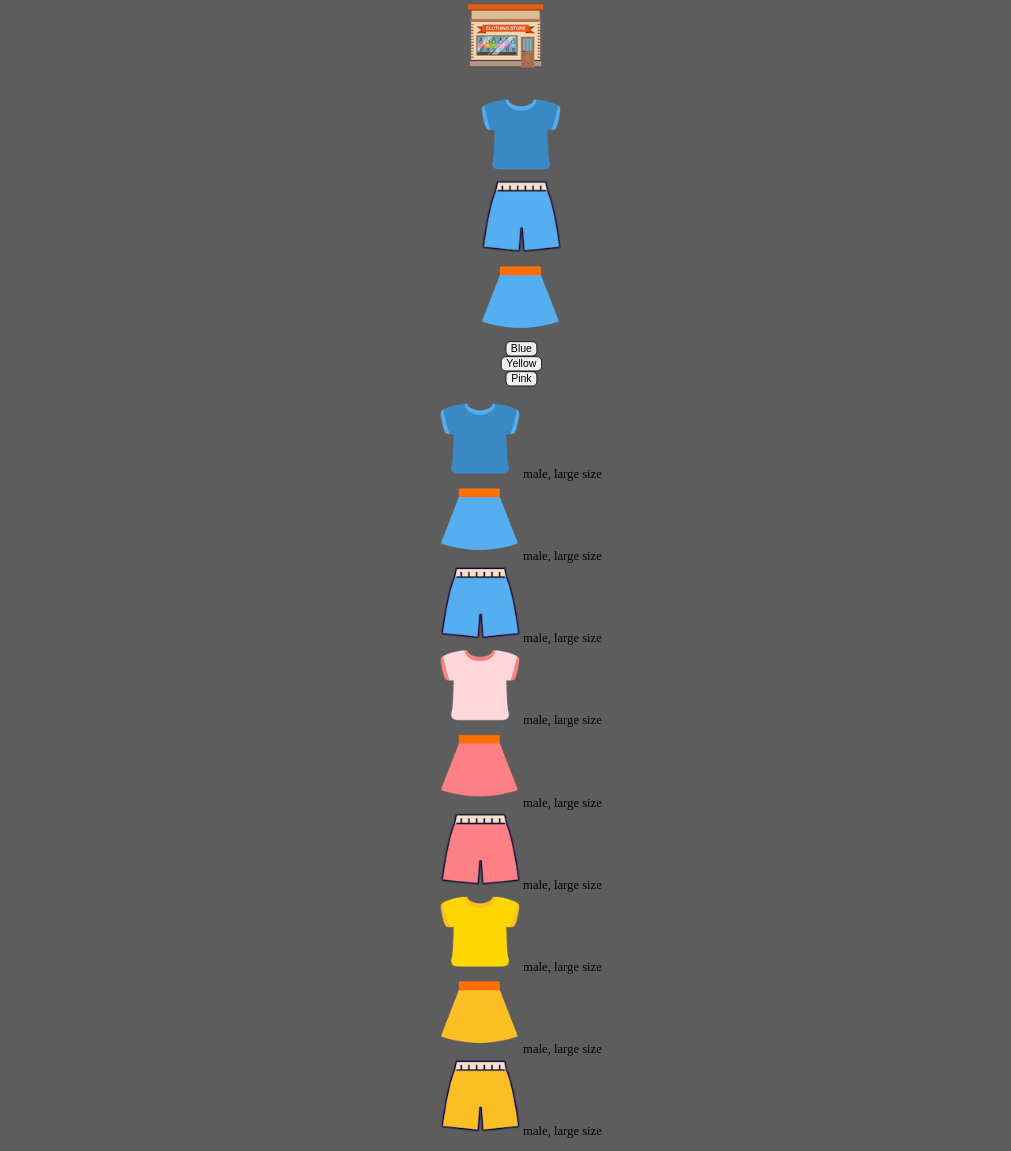
Repository: keehoonjung/Shoppingmall-Game
Page: index.html
The author's editor kept a copy of each file at every save. The page is drawn from the files as they stood at one save, then again after the next save.
The browser window is 1280 px wide. The pictures show the whole page, at 79% of full size.

Above is the page before, as saved 2021-08-12 13:25:31.

After the next save:
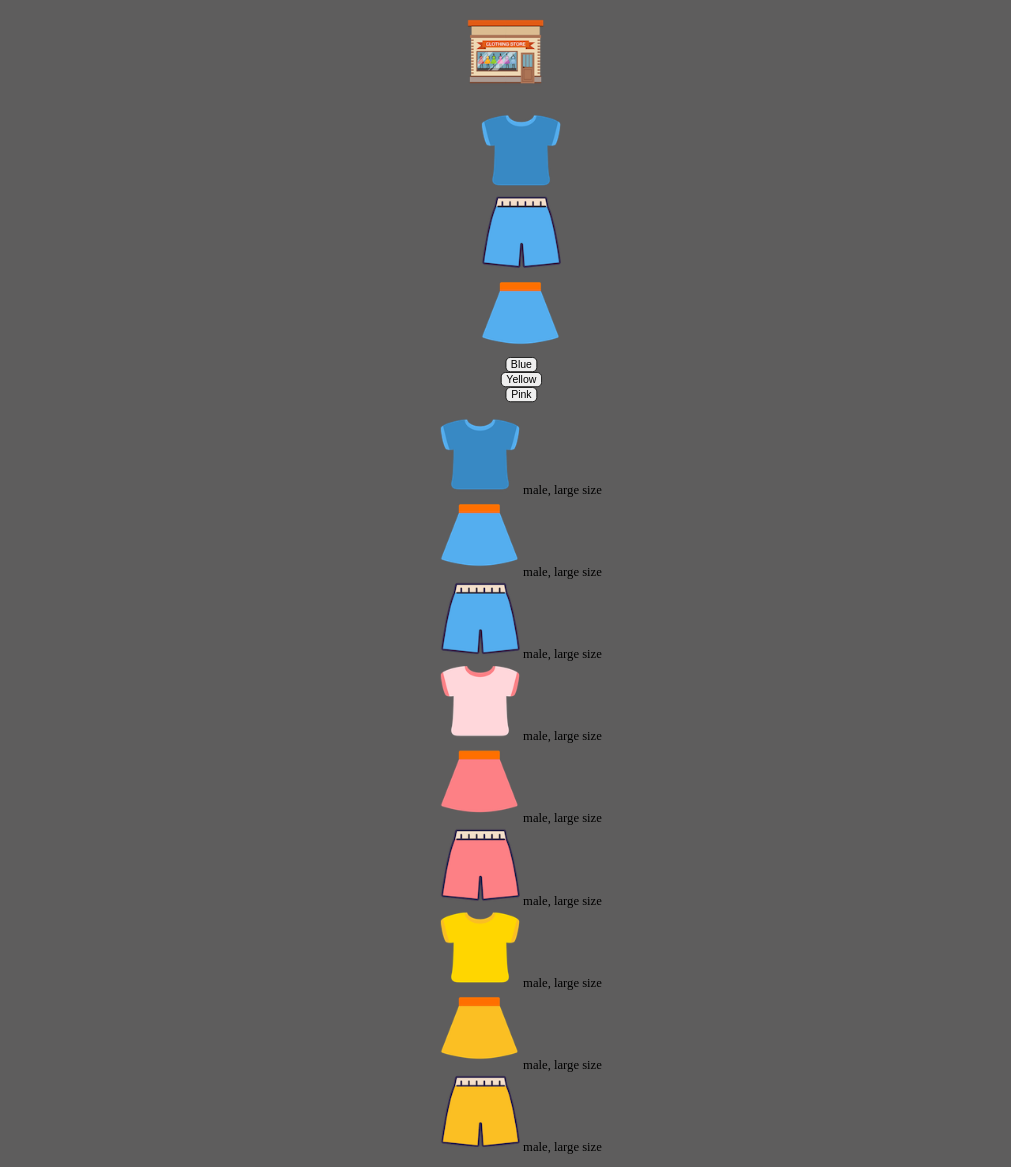
Saved 57 s later.
--- a/style.css
+++ b/style.css
@@ -16,3 +16,7 @@ button {
   border: 1px solid black;
   border-radius: 6px;
 }
+
+header {
+  margin-top: 20px;
+}
